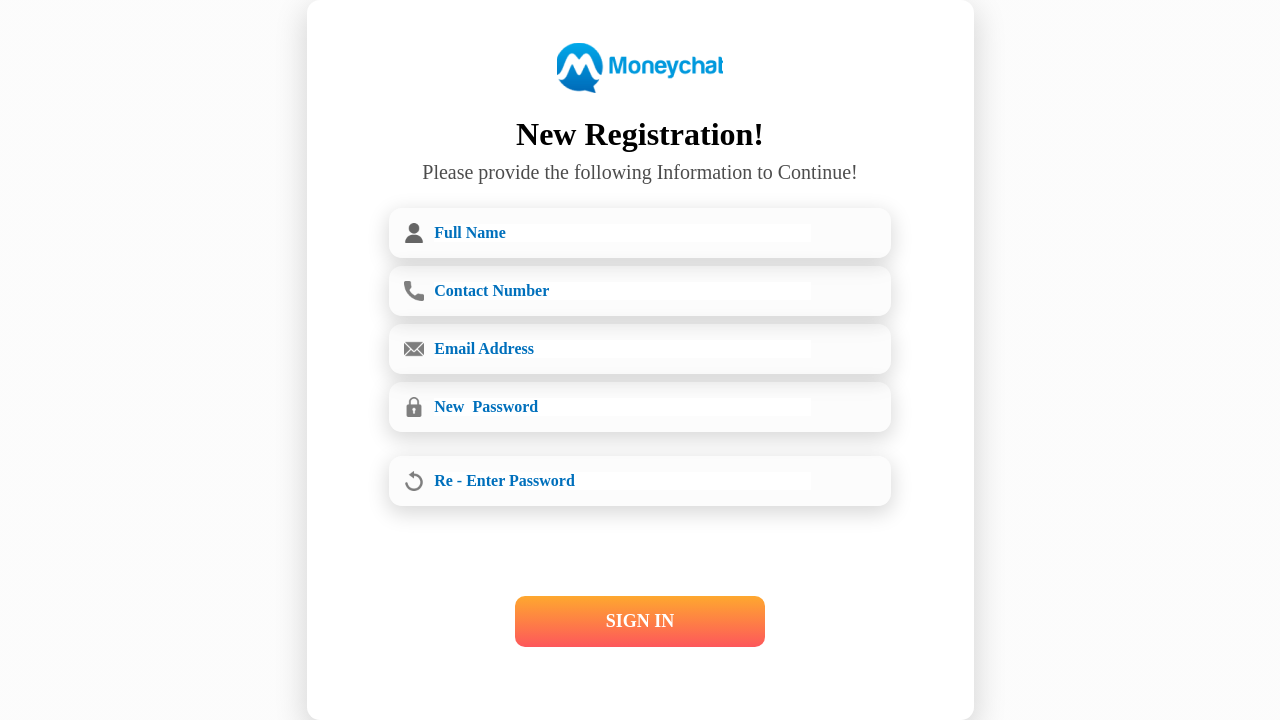
Repository: FlyweisReact/Money-Chat
Page: /register
The author's editor kept a copy of each file at every save. The page is drawn from the files as they stood at one save, then again after the next save.
The browser window is 1280 px wide. The pictures show the whole page.
The project was rebuilt for these pictures with package versions that can differ from the ones it lists, and the page was loaded fresh each time. Also part of the build but not shown: src/forms/Login.jsx.

Above is the page before, as saved 2023-11-29 14:50:45.

### src/index.js
import React from "react";
import ReactDOM from "react-dom/client";
import "./index.css";
import App from "./App";
import { BrowserRouter } from "react-router-dom";
import 'bootstrap/dist/css/bootstrap.min.css'
// Commit Changes
const root = ReactDOM.createRoot(document.getElementById("root"));
root.render(
  <React.StrictMode>
    <BrowserRouter>
      <App />
    </BrowserRouter>
  </React.StrictMode>
);

### src/index.css
/** @format */

@tailwind base;
@tailwind components;
@tailwind utilities;

body {
  margin: 0;
  font-family: Quicksand !important;
  -webkit-font-smoothing: antialiased;
  -moz-osx-font-smoothing: grayscale;
}

code {
  font-family: Quicksand !important;
}

html {
  font-family: Quicksand !important;
}

::-webkit-scrollbar {
  width: 10px;
}
.fa-trash {
  color: red;
  cursor: pointer;
}

.iCOn {
  transition: 0.5s;
  box-shadow: none;
  transform: scale(1);
}
.cardDiv {
  cursor: pointer;
  width: 350px;
}
.CardDiv_Container {
  display: flex;
  flex-wrap: wrap;
  justify-content: center;
}

.cardDiv:hover .iCOn {
  box-shadow: rgba(0, 0, 0, 0.35) 0px 5px 15px;
  transform: scale(1.3);
}

/* Track */
::-webkit-scrollbar-track {
  background: #f1f1f1;
}

/* Handle */
::-webkit-scrollbar-thumb {
  background: #888;
}

/* Handle on hover */
::-webkit-scrollbar-thumb:hover {
  background: #555;
}
.profileImage {
  width: 100px;
}
.fa-eye {
  color: #029aff;
  cursor: pointer;
}
.fa-edit {
  cursor: pointer;
  color: blue;
}

.View {
  border: 1px solid black;
  width: 100%;
  padding: 10px;
}

.main-card--container {
  display: grid;
  grid-template-columns: repeat(3, minmax(300px, 500px));
  grid-gap: 50px;
  justify-content: space-around;
}
.card-container {
  margin: 25px 0 auto;
  box-shadow: rgba(0, 0, 0, 0.35) 0px 5px 15px;
  position: relative;
  display: grid;
  grid-template-columns: 1fr;
  justify-content: space-around;
  align-items: flex-start;
}

.myEdit:focus {
  box-shadow: rgba(0, 0, 0, 0.35) 0px 5px 15px;
}

.AstroLogin {
  color: #fff;
  background-color: #2b7a8e;
  padding: 10px;
  width: 380px;
  text-align: center;
  font-size: 20px;
  background: linear-gradient(to left, #2b7a8e 50%, #fff 50%) right;
  background-size: 200%;
  transition: 0.5s ease-out;
  border: 1px solid #2b7a8e;
  margin-top: 10px;
  text-transform: uppercase;
}
.AstroLogin:hover {
  background-position: left;
  color: #2b7a8e;
}

.EcommerceAdminLogin {
  color: #fff;
  background-color: #0c0c0c;
  padding: 10px;
  width: 380px;
  text-align: center;
  font-size: 20px;
  background: linear-gradient(to left, #0c0c0c 50%, #fff 50%) right;
  background-size: 200%;
  transition: 0.5s ease-out;
  border: 2px solid #0c0c0c;
  margin-top: 10px;
  text-transform: uppercase;
}

.EcommerceAdminLogin:hover {
  background-position: left;
  color: #0c0c0c;
  font-weight: bold;
}
.EcommerceVendorLogin {
  color: #fff;
  background-color: #576cbc;
  padding: 10px;
  width: 380px;
  text-align: center;
  font-size: 20px;
  background: linear-gradient(to left, #576cbc 50%, #fff 50%) right;
  background-size: 200%;
  transition: 0.5s ease-out;
  border: 1px solid #576cbc;
  margin-top: 10px;
  text-transform: uppercase;
}

.EcommerceVendorLogin:hover {
  background-position: left;
  color: #576cbc;
}

.view {
  background-color: #2196f3;
  color: #fff;
  width: 50%;
  padding: 5px;
}

.two-sec {
  display: flex;
  justify-content: space-evenly;
  justify-content: space-evenly;
}
.two-sec .left {
  width: 60%;
  background-color: #f6f1ef;
  padding: 20px;
}
.two-sec .left .head {
  font-size: 25px;
  font-weight: bold;
}

.two-sec .right {
  width: 30%;
  background-color: #f6f1ef;
}

.searchDiv {
  width: 100%;
  display: flex;
  gap: 10px;
  border: 1px solid rgb(179, 179, 179);
  padding: 10px;
  margin-bottom: 20px;
  align-items: center;
}
.searchDiv input {
  width: 94%;
  outline: none;
  border: none;
}

.flexCont {
  display: flex;
  align-items: center;
  gap: 10px;
}
.flexCont img {
  width: 60px;
  background-color: #e9ecef;
}

.blockContent {
  display: block;
}
.blockContent p {
  margin: 0;
}

.checkBox {
  width: 50px;
  height: 25px;
  background-color: #e9ecef;
  border-radius: 50px;
  position: relative;
  cursor: pointer;
}
.checkBox span {
  width: 20px;
  height: 20px;
  border-radius: 100%;
  background-color: #fff;
  position: absolute;
  left: 5px;
  top: 2px;
}
.ActivecheckBox {
  width: 50px;
  height: 25px;
  background-color: #0d6efd;
  border-radius: 50px;
  position: relative;
  cursor: pointer;
}
.ActivecheckBox span {
  width: 20px;
  height: 20px;
  border-radius: 100%;
  background-color: #fff;
  position: absolute;
  right: 5px;
  top: 2px;
}

.fa-eye {
  color: #0cba73;
  background-color: #d6f8e8;
  width: 35px;
  text-align: center;
  height: 35px;
  display: flex;
  border-radius: 100%;
  justify-content: center;
  padding-top: 10px;
  transition: 0.5s;
}

.fa-pen-to-square {
  color: #f4c39c;
  background-color: #ffebdb;
  width: 35px;
  text-align: center;
  height: 35px;
  display: flex;
  border-radius: 100%;
  justify-content: center;
  padding-top: 10px;
  cursor: pointer;
  transition: 0.5s;
}
.fa-trash {
  color: #df939f;
  background-color: #ffe1e8;
  width: 35px;
  text-align: center;
  height: 35px;
  display: flex;
  border-radius: 100%;
  justify-content: center;
  padding-top: 10px;
  cursor: pointer;
  transition: 0.5s;
}
.fa-trash:hover {
  transform: scale(1.2);
}
.fa-eye:hover {
  transform: scale(1.2);
}
.fa-pen-to-square:hover {
  transform: scale(1.2);
}
.required {
  color: #e74260;
}

.headP {
  /* font-weight: 600; */
  /* font-size: 25px; */
  color: #7b7c7d;
}
.filterBox {
  display: flex;
  align-items: center;
  gap: 10px;
  border-bottom: 1px solid #d4d7dc;
  padding-bottom: 20px;
  margin-bottom: 20px;
}
.filterBox img {
  width: 30px;
}
.filterBox input {
  width: 100%;
  border: 1px solid #d4d7dc;
  outline: none;
  padding: 5px;
  color: black;
  text-transform: capitalize;
}
.sectionCont {
  /* width: 98%; */
  background-color: #fff;
  /* margin-left: 2%; */
  padding: 20px;
}

.overFlowCont {
  width: 100%;
  overflow-x: auto;
}

.logo {
  width: 100px;
  margin-bottom: 20px;
}

.updateProfile {
  margin-left: 20px;
  border: 1px solid #fff;
  border-radius: 100%;
  font-size: 1.2rem;
  padding: 10px;
  transition: 0.5s;
  cursor: pointer;
}
.updateProfile:hover {
  border: 1px solid #19376d;
  color: #19376d;
  background-color: #fff;
}

.Normalbtn {
  background-color: #19376d !important;
  border: 1px solid #19376d !important;
  border-radius: 0px !important;
}

.ImageCarousel {
  width: 150px !important;
  margin: 0px !important;
  height: 150px !important;
}
.CarouselImages {
  width: 60px;
  height: auto;
}
.CarouselImages img {
  width: 100% !important;
  height: 100% !important;
}

.ModalCarousel {
  width: 100% !important;
  height: 500px !important;
}
.ModalCarousel {
  width: 100% !important;
  height: 500px !important;
}
.ModalCarousel img {
  width: 100% !important;
  height: 500px !important;
}

.gridCont {
  display: grid;
  grid-template-columns: auto auto auto;
  justify-content: space-evenly;
}
.gridCont div {
  width: 400px;
  height: 300px;
  box-shadow: rgba(0, 0, 0, 0.35) 0px 5px 15px;
  padding: 10px;
  position: relative;
  margin-top: 20px;
}
.gridCont div img {
  width: 100%;
}
.delete-Btn {
  width: 90%;
  margin-left: 2%;
  color: #c44b3f;
  border: 1px solid #c44b3f;
  position: absolute;
  bottom: 10px;
  transition: 0.5s;
  padding: 10px;
}

.delete-Btn:hover {
  background-color: #c44b3f;
  color: #fff;
}

.BannerCarousel {
  width: 300px;
  margin: 0px !important;
}
.BannerCarouselImage {
  width: 300px;
}
.BannerCarouselImage img {
  width: 100%;
}

.pagination {
  display: flex;
  justify-content: center;
  align-items: center;
  gap: 10px;
  margin-bottom: 20px;
}
.pagination button {
  border: 1px solid black;
  padding: 10px;
}

.activePage {
  background-color: #19376d;
  color: #fff;
  border: 1px solid #19376d !important;
}

.active {
  background-color: #fff;
  color: #19376d !important;
}
.prevBtn {
  background-color: #fff;
  color: #19376d;
  border: 1px solid #19376d !important;
  transition: 0.5s;
}

.prevBtn:hover,
.prevBtn:focus,
.prevBtn:active {
  background-color: #19376d;
  color: #fff;
  border: 1px solid #19376d !important;
}
.nextBtn {
  background-color: #fff;
  color: #19376d;
  border: 1px solid #19376d !important;
  transition: 0.5s;
}

.nextBtn:hover,
.nextBtn:focus,
.nextBtn:active {
  background-color: #19376d;
  color: #fff;
  border: 1px solid #19376d !important;
}

.dangerBox {
  position: relative;
}
.dangerBox i {
  position: absolute;
  top: 50%;
  left: 90%;
  transform: translate(-50%, -50%);
  cursor: pointer;
}

.centerImage {
  max-width: 300px;
}
.img-cont {
  display: flex;
  gap: 40px;
  /* justify-content: center; */
  align-items: center;
}

/* ============== user data styling =========*/

.ud2 {
  display: flex;
  justify-content: space-between;
  margin-top: 20px;
}
.ud3 {
  width: 49%;
}
.ud4 {
  width: 49%;
}

.ud4 button {
  background: #c44b3f;
  width: 50%;
  height: 40px;
  border-radius: 4px;
  border: none;
  color: #fff;
}

/* ============ single order styling ================*/

#pdfGen {
  margin: 20px;
}
#pdfGen .Heading-Container {
  display: flex;
  align-items: center;
}
#pdfGen .Heading-Container img {
  width: 100px;
}
#pdfGen .Heading-Container .content {
  width: 80%;
  text-align: center;
}
#pdfGen .Heading-Container .content h2 {
  margin: 0;
  font-weight: bold;
  font-size: 25px;
}
#pdfGen .Heading-Container .content p {
  margin: 0;
  font-size: 14px;
  font-weight: 600;
  color: #a8a1a1;
}

.two-cont {
  display: flex;
  justify-content: space-between;
  padding-top: 10px;
  gap: 20px;
}
.two-cont p {
  margin: 0;
}
.two-cont .left {
  width: 40%;
}
.two-cont .left h6 {
  font-size: 14px;
  font-weight: bold;
}
.two-cont .left .box {
  border: 2px solid black;
  width: 100%;
  padding: 8px;
}
.two-cont .left .box p {
  font-size: 15px;
}
.two-cont .left .box .strong {
  font-weight: bold;
}
.two-cont .left .box p {
  font-weight: 600;
}
.two-cont .right {
  width: 60%;
  border: 2px solid black;
  padding: 10px;
}
.two-cont .right table {
  width: 100%;
  table-layout: fixed;
}
.two-cont .right td {
  font-weight: 900 !important;
  padding: 5px;
}
.bordererd {
  border-right: 2px solid black;
}
#pdfGen .empty {
  background-color: #000;
  height: 2px;
  margin-top: 20px;
}

#pdfGen {
  min-height: 100vh;
  display: flex;
  justify-content: space-between;
  flex-direction: column;
}

#pdfGen .Table {
  width: 100%;
  margin-top: 20px;
}
#pdfGen .Table tbody tr {
  border: 1px solid black;
}
#pdfGen .Table tbody tr td {
  padding: 5px;
  padding-bottom: 10px;
}

#pdfGen .Main_Table {
  display: flex;
  justify-content: flex-end;
  align-items: center;
  padding-top: 10px;
  gap: 50px;
  align-items: center;
}
#pdfGen .Main_Table p {
  font-weight: 900;
}

#pdfGen .below_Div .four-sec {
  display: flex;
  justify-content: space-evenly;
  border-top: 2px solid black;
  border-bottom: 2px solid black;
  padding: 4px;
}
#pdfGen .below_Div .four-sec p {
  margin: 0;
  font-size: 13px;
  text-align: center;
}
#pdfGen .below_Div .four-sec .stronger {
  font-weight: bold;
}

#pdfGen .below_Div .big_Head {
  font-size: 25px;
  background-color: #85827b;
  text-align: center;
  font-weight: bold;
  color: #fff;
  padding: 0;
  margin: 0;
  padding-bottom: 10px;
}
#pdfGen .below_Div .text-cont p {
  margin: 0;
  font-weight: 700;
  font-size: 14px;
  color: #85827b;
}
#pdfGen .below_Div .text-cont {
  text-align: center;
}
#pdfGen .below_Div .text-cont h5 {
  margin: 0;
  font-weight: 900;
}

.so2 {
  width: 100%;
}

.so4 {
  display: flex;
  justify-content: space-between;
}
.so4 p {
  margin: 0;
}

.searchByDate {
  display: flex;
  align-items: center;
  gap: 10px;
  border-bottom: 1px solid #d4d7dc;
  padding-bottom: 20px;
  margin-bottom: 20px;
  flex-wrap: wrap;
  justify-content: space-between;
}
.searchByDate div {
  width: 45%;
  display: flex;
  gap: 20px;
  align-items: center;
}
.searchByDate input {
  border: 1px solid #d4d7dc;
  width: 80%;
  padding: 10px;
  outline: none;
}

.so5 {
  margin-top: 20px;
  width: 98;
  margin-left: 1%;
}

.so5 table {
  width: 100%;
}
.so5 table th,
td {
  font-size: 13px;
  font-weight: 600;
}
.so6 {
  margin-top: 40px;
  margin-left: 65%;
  width: 30%;
}

.so7 {
  display: flex;
  justify-content: space-between;
  width: 80%;
}
.so7 p {
  margin: 0;
}

.downloadBtn {
  background: #0cba73;
  height: 40px;
  color: #fff;
  border-radius: 4px;
  padding: 10px;
}

.Info_Box p {
  margin: 0;
}
.Info_Box .title {
  margin-bottom: 5px;
  font-size: 20px;
  font-weight: 700;
}
.Info_Box .desc {
  border: 1px solid #ced4da;
  padding: 10px;
  border-radius: 5px;
}

.Desc-Container p.title {
  margin-bottom: 0.5rem;
}
.Desc-Container p.desc {
  display: block;
  width: 100%;
  padding: 0.375rem 0.75rem;
  font-size: 1rem;
  font-weight: 400;
  line-height: 1.5;
  color: #212529;
  border: 1px solid #ced4da;
  border-radius: 0.375rem;
  background-color: #e9ecef;
  overflow-wrap: anywhere;
}

.Schedule_Enquiry_Modal {
  background-color: rgb(10, 72, 173);
  color: #fff;
}
.Schedule_Enquiry_Modal .close_btn {
  display: flex;
  justify-content: space-between;
  align-items: center;
}
.Schedule_Enquiry_Modal .close_btn h4 {
  margin: 0;
}
.Schedule_Enquiry_Modal .close_btn i {
  font-size: 20px;
  cursor: pointer;
}

.searchByDate select {
  border: 1px solid #d4d7dc;
  padding: 10px;
  outline: none;
}

/*Chat  */
.chat {
  display: flex;
  gap: 40px;
  align-items: flex-start;
}
.chat .sidebar {
  flex: 0 0 30%;
  max-width: 30%;
  border: 1px solid #ddd;
}
.chat .menu-list .container {
  display: flex;
  gap: 10px;
  align-items: center;
  cursor: pointer;
  border-top: 1px solid #ddd;
  height: 72px;
}
.chat .menu-list .container:hover {
  background-color: #f0f2f5;
}
.chat .menu-list .container.active {
  background-color: #f0f2f5;
}
.chat .menu-list .container:first-child {
  border: none;
}
.chat .menu-list .container img {
  width: 49px;
  height: 49px;
  border-radius: 100%;
  vertical-align: middle;
}
.chat .menu-list .container p {
  font-size: 20px;
  font-weight: 700;
  margin: 0;
  padding-right: 15px;
}

.chat .content {
  flex: 70%;
  max-width: 70%;
}
.chat .chat-box {
  border: 1px solid #ddd;
  padding: 20px;
}
.chat .chat-box .ttt {
  max-height: 500px;
  overflow-y: scroll;
  padding: 20px;
}
.chat .chat-box .img-container {
  display: flex;
  gap: 10px;
  align-items: center;
  cursor: pointer;
  margin-top: 10px;
}
.chat .chat-box .img-container img {
  width: 30px;
  height: 30px;
  border-radius: 100%;
  vertical-align: middle;
}
.chat .chat-box .img-container span {
  font-size: 12px;
  font-weight: 700;
  margin: 0;
}
.chat .chat-box .img-container span .date {
  margin-left: 10px;
}

.chat .chat-box .text {
  font-size: 16px;
  margin: 0;
  padding-top: 10px;
  width: 100%;
}

.chat .chat-box .right {
  display: flex;
  flex-direction: column;
  gap: 5px;
  text-align: right;
}
.chat .chat-box .right .img-container {
  flex-direction: row-reverse;
}

.chat .chat-box .send_button {
  display: flex;
  gap: 20px;
  align-items: center;
  margin-top: 20px;
}

.chat .chat-box .send_button button {
  width: 150px;
  background-color: #1a949f;
  padding: 10px;
  color: #fff;
}
.chat .chat-box .send_button input {
  width: 100%;
  outline: none;
  border: 1px solid #000;
  padding: 10px;
  border-radius: 5px;
}

/* New Code */
.Login_screen {
  background: linear-gradient(
      0deg,
      rgba(238, 238, 238, 0.2) 0%,
      rgba(238, 238, 238, 0.2) 100%
    ),
    #fff;
  display: flex;
  flex-direction: column;
  justify-content: center;
  align-items: center;
  width: 100%;
  height: 100vh;
}
.Login_screen .Login_Container {
  max-width: 667px;
  max-height: 785px;
  width: 100%;
  height: 100%;
  border-radius: 13px;
  background: #fff;
  box-shadow: 0px 10px 30px 3px rgba(0, 0, 0, 0.15);
  padding: 20px;
  padding-bottom: 50px;
  display: flex;
  flex-direction: column;
  justify-content: center;
}
.Login_screen .Login_Container .logo {
  display: block;
  margin: auto;
  width: 166px;
}
.Login_screen .Login_Container .description h6 {
  color: #000;
  text-align: center;
  font-size: 32px;
  font-style: normal;
  font-weight: 700;
  line-height: normal;
}

.Login_screen .Login_Container .description p {
  color: rgba(0, 0, 0, 0.7);
  text-align: center;
  font-size: 20px;
  font-style: normal;
  font-weight: 400;
  line-height: normal;
}

.Login_Container .input_container{
  margin-bottom: 50px;
  max-height: ;
}
.Login_Container .input_group {
  display: flex;
  gap: 10px;
  align-items: center;
  border-radius: 13px;
  background: rgba(238, 238, 238, 0.2);
  box-shadow: 0px 6px 20px 2px rgba(0, 0, 0, 0.15);
  padding: 15px;
  width: 80%;
  margin: auto;
}
.Login_Container .input_group img {
  width: 20px;
}
.Login_Container .input_group input {
  outline: none;
  border: none;
  color: #0070bc;
  font-size: 16px;
  font-style: normal;
  font-weight: 500;
  line-height: normal;
  font-weight: 600;
  width: 80%;
}
.Login_Container .input_group input::placeholder {
  color: #0070bc;
  font-weight: 600;
}

.Login_Container .login_btn {
  max-width: 250px;
  width: 100%;
  display: block;
  margin: auto;
  margin-top: 40px;
  color: #fff;
  text-align: center;
  font-size: 18px;
  font-style: normal;
  font-weight: 600;
  line-height: normal;
  border-radius: 10px;
  background: linear-gradient(180deg, #fea82f 0%, #fd575b 100%);
  padding: 15px;
}

.Login_Container .create_new {
  display: flex;
  justify-content: center;
  gap: 20px;
  align-items: center;
  margin-top: 50px;
}

.Login_Container .create_new .item {
  display: flex;
  gap: 10px;
  align-items: center;
  width: 300px;
  justify-content: center;
}
.Login_Container .create_new .item img {
  width: 20px;
}
.Login_Container .create_new .item span {
  color: rgba(0, 0, 0, 0.7);
  text-align: center;
  font-size: 16px;
  font-style: normal;
  font-weight: 600;
  line-height: normal;
}

.Login_Container .create_new .item:first-child {
  border-right: 2px solid #000;
  padding-right: 10px;
}

.Login_Container a{
  text-decoration: none;
}

### src/App.js
/** @format */

import { Routes, Route } from "react-router-dom";
import { ToastContainer } from "react-toastify";
import "react-toastify/dist/ReactToastify.css";
import Login from "./forms/Login";
import Regestration from "./forms/Regestration";

function App() {
  return (
    <>
      <ToastContainer
        autoClose={5000}
        hideProgressBar={false}
        newestOnTop={false}
        closeOnClick
        rtl={false}
        pauseOnFocusLoss
        draggable
        pauseOnHover
      />

      <Routes>
        <Route path="/" element={<Login />} />
        <Route path="/register" element={<Regestration />} />
      </Routes>
    </>
  );
}

export default App;

### src/forms/Regestration.js
/** @format */

import { Link } from "react-router-dom";
import logo from "../Images/logo.png";

const Regestration = () => {
  return (
    <div className="Login_screen">
      <form className="Login_Container ">
        <img src={logo} alt="" className="logo" />

        <div className="description">
          <h6>New Registration! </h6>
          <p>Please provide the following Information to Continue!</p>
        </div>

        <div className="input_container">
          <div className="input_group mt-2">
            <img src="./Image/1.png" alt="" />
            <input type="text" placeholder="Full Name" />
          </div>
          <div className="input_group mt-2">
            <img src="./Image/5.png" alt="" />
            <input type="text" placeholder="Contact Number" />
          </div>
          <div className="input_group mt-2">
            <img src="./Image/6.png" alt="" />
            <input type="text" placeholder="Email Address" />
          </div>
          <div className="input_group mt-2">
            <img src="./Image/7.png" alt="" />
            <input type="text" placeholder="New  Password" />
          </div>
          <div className="input_group mt-4">
            <img src="./Image/8.png" alt="" />
            <input type="text" placeholder="Re - Enter Password" />
          </div>
        </div>

        <button className="login_btn">SIGN IN</button>
      </form>
    </div>
  );
};

export default Regestration;

Loaded but not shown: tailwind.config.js (common file)

After the next save:
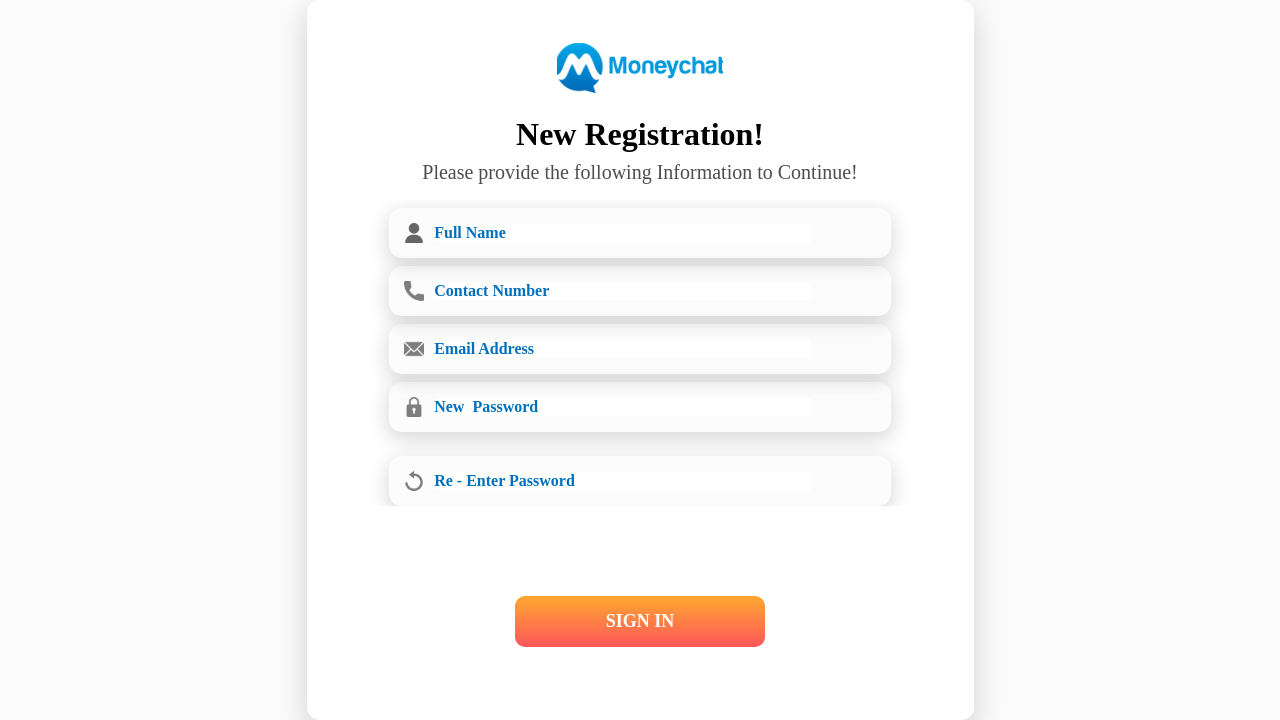
Saved 5 s later.
--- a/src/index.css
+++ b/src/index.css
@@ -976,7 +976,8 @@
 
 .Login_Container .input_container{
   margin-bottom: 50px;
-  max-height: ;
+  max-height: 500px;
+  overflow: hidden;
 }
 .Login_Container .input_group {
   display: flex;
